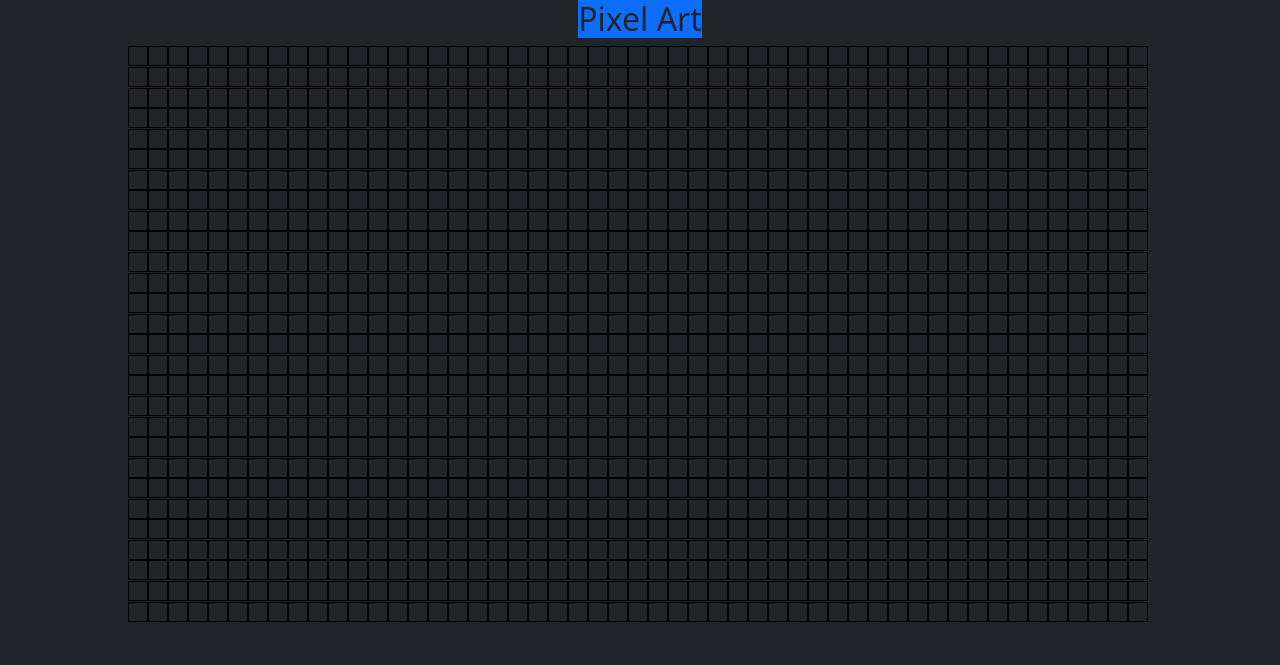
Repository: bechara611/pixelartdb
Page: /
An editor plug-in stored every save of this project. The page is shown before and after the next save, followed by the edit.
The browser window is 1280 px wide. The pictures show the whole page.
The project was rebuilt for these pictures with package versions that can differ from the ones it lists, and the page was loaded fresh each time. Also part of the build but not shown: vite.config.js.

Above is the page before, as saved 2023-03-06 13:46:52.

After the next save:
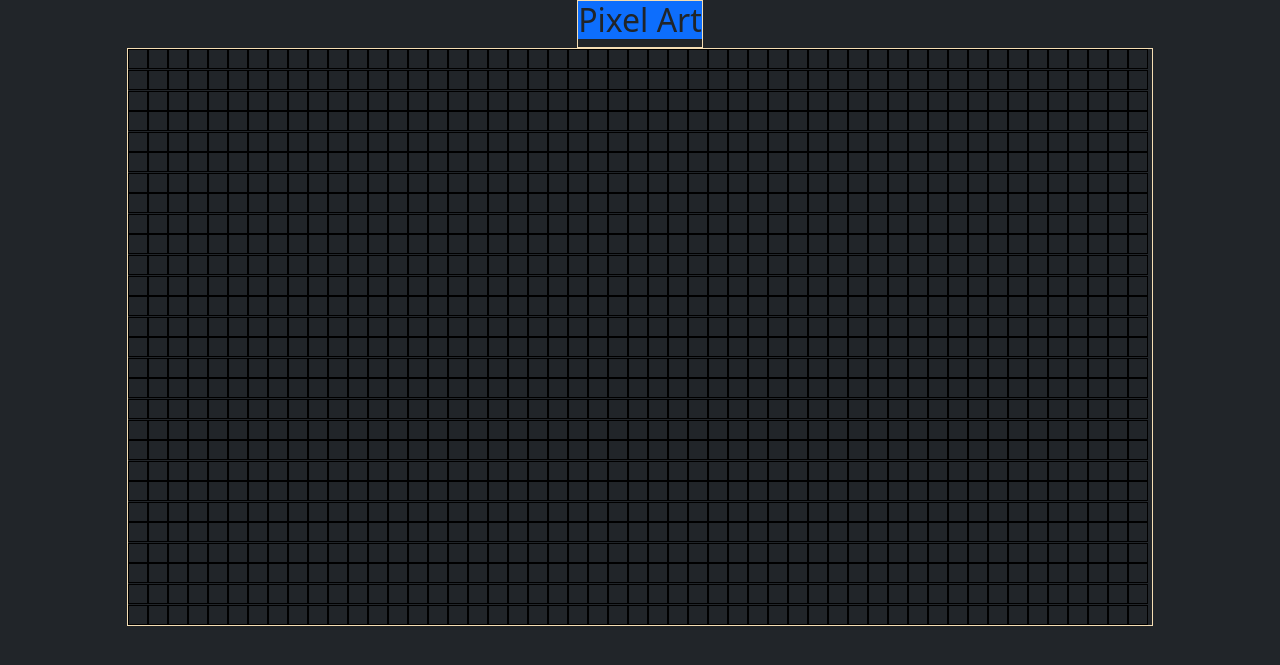
Saved 30 s later.
--- a/src/App.css
+++ b/src/App.css
@@ -3,6 +3,7 @@
 }
 
 .contenedor-mayor{
+  border: 1px solid wheat;
   display: flex;
   flex-direction: row;
   justify-content: center;

After the save that followed:
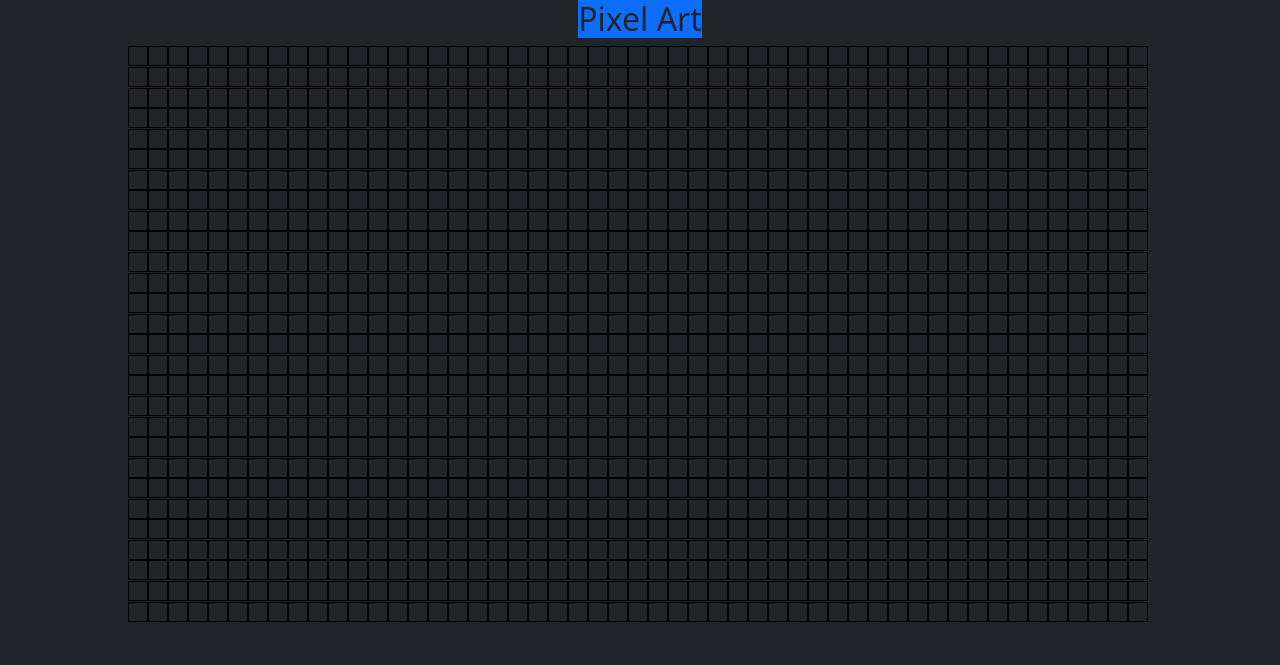
Saved 6 s later.
--- a/src/App.css
+++ b/src/App.css
@@ -3,7 +3,7 @@
 }
 
 .contenedor-mayor{
-  border: 1px solid wheat;
+
   display: flex;
   flex-direction: row;
   justify-content: center;
